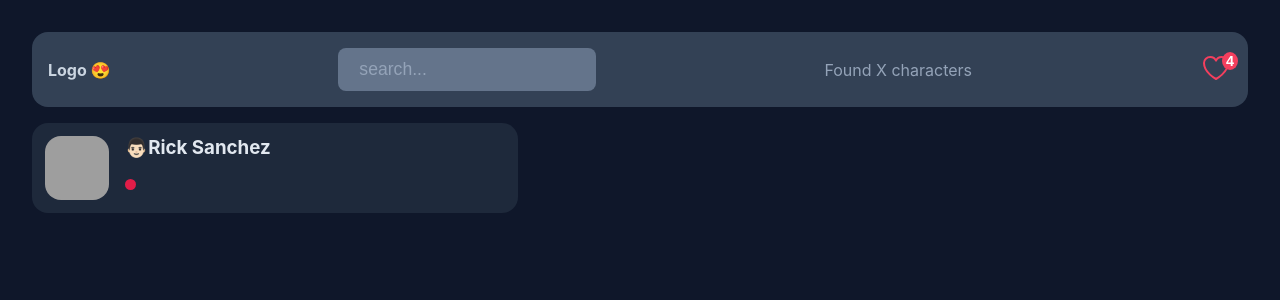
Repository: nikooshahbazi/shahbaziProjects
Page: / (app in splitUIProject/)
An editor plug-in stored every save of this project. The page is shown before and after the next save, followed by the edit.
The browser window is 1280 px wide. The pictures show the whole page.
Pictures or frames that could not be fetched are drawn as grey boxes. The project was rebuilt for these pictures with package versions that can differ from the ones it lists, and the page was loaded fresh each time. Also part of the build but not shown: splitUIProject/vite.config.js.

Above is the page before, as saved 2024-03-13 19:36:19.

### splitUIProject/index.html
<!doctype html>
<html lang="en">
  <head>
    <meta charset="UTF-8" />
    <!-- <link rel="icon" type="image/svg+xml" href="/vite.svg" /> -->
    <meta name="viewport" content="width=device-width, initial-scale=1.0" />
    <title>Rick and Morty</title>
  </head>
  <body>
    <div id="root"></div>
    <script type="module" src="/src/main.jsx"></script>
  </body>
</html>

### splitUIProject/src/App.jsx
import "./App.css";
import CharacterDetail from "./components/CharacterDetail";
import CharacterList from "./components/CharacterList";
import Navbar from "./components/Navbar";
import { character } from "./data/data";

function App() {
  return (
    <div className="app">
      <Navbar />
      <div className="main">
        <CharacterList characters={character} />
        <CharacterDetail />
      </div>
    </div>
  );
}

export default App;

### splitUIProject/src/index.css
:root {
  font-family: Inter, system-ui, Avenir, Helvetica, Arial, sans-serif;
  --slate-900: #0f172a;
  --slate-800: #1e293b;
  --slate-700: #334155;
  --slate-600: #475569;
  --slate-500: rgb(100, 116, 139);
  --slate-400: #94a3b8;
  --slate-300: #cbd5e1;
  --slate-200: #e2e8f0;
  --slate-100: #f1f5f9;
  --slate-50: #f8fafc;
  --rose-600: #e11d48;
  --rose-500: #f43f5e;
  --green-600: #22c55e;
}

body {
  width: 100vw;
  min-height: 100vh;
  background-color: var(--slate-900);
}
button {
  background-color: transparent;
  cursor: pointer;
}

* {
  padding: 0;
  margin: 0;
  box-sizing: border-box;
  list-style: none;
  border: none;
  outline: none;
}
.text-field {
  padding: 0.7rem 1rem;
  border-radius: 0.5rem;
  color: var(--slate-100);
  background-color: var(--slate-500);
  font-size: 1.1rem;
}

.text-field::placeholder {
  color: var(--slate-400);
}

.btn {
  padding: 0.8rem 1rem;
  border-radius: 1rem;
}

.btn--primary {
  background-color: var(--slate-500);
  color: var(--slate-100);
  font-weight: 700;
}

.btn--secondary {
  border: 1px solid var(--slate-100);
  color: var(--slate-100);
  font-weight: 700;
}

.badge {
  white-space: nowrap;
  padding: 0.3rem 1rem;
  border-radius: 1rem;
  font-size: 0.8rem;
  font-weight: 700;
}

.badge--secondary {
  background-color: var(--slate-600);
}

.modal {
  width: 98%;
  min-height: 250px;
  position: absolute;
  top: 50%;
  left: 50%;
  transform: translate(-50%, -50%);
  background-color: var(--slate-900);
  padding: 1rem;
  border-radius: 1rem;
  box-shadow: 1px 1px 50px var(--slate-600);
}

.modal__header {
  display: flex;
  align-items: center;
  justify-content: space-between;
  margin-bottom: 1rem;
  padding-bottom: 0.5rem;
  border-bottom: 1px solid var(--slate-600);
}

.icon {
  width: 1.6rem;
  height: 1.6rem;
}

.modal__header .close {
  color: var(--rose-500);
}

.modal__header .title {
  color: var(--slate-200);
}

@media (min-width: 768px) {
  .modal {
    max-width: 30rem;
  }
}

.backdrop {
  width: 100vw;
  height: 100vh;
  position: fixed;
  inset: 0;
  background-color: rgba(63, 69, 76, 0.8);
}

### splitUIProject/src/App.css
#root {
  margin: 0 auto;
  max-width: 1280px;
  position: relative;
  padding: 2rem;
}

.navbar {
  display: flex;
  align-items: center;
  justify-content: space-between;
  background-color: var(--slate-700);
  padding: 1rem;
  border-radius: 1rem;
  margin-bottom: 1rem;
}

.navbar__logo {
  color: var(--slate-300);
  font-weight: 700;
}

.navbar__result {
  color: var(--slate-400);
}

.navbar .heart {
  position: relative;
  color: var(--rose-500);
}
.navbar .heart .icon {
  width: 2rem;
  height: 2rem;
}
.navbar .heart .badge {
  font-size: 0.9rem;
  position: absolute;
  top: 0;
  right: -6px;
  display: inline-block;
  background-color: var(--rose-500);
  color: #fff;
  border-radius: 50%;
  display: flex;
  align-items: center;
  justify-content: center;
  padding: 1px 4px;
}

.main {
  display: flex;
  justify-content: space-between;
  width: 100%;
  gap: 2rem;
}

.characters-list {
  width: 40%;
}

.box h2 {
  color: var(--slate-400);
  font-size: 1.2rem;
  margin-bottom: 1rem;
}
.list__item:not(:last-child) {
  margin-bottom: 1.5rem;
}

.list__item {
  display: grid;
  column-gap: 1rem;
  grid-template-columns: 4rem 1fr 2rem;
  grid-template-rows: 1fr 1fr;
  background-color: var(--slate-800);
  border-radius: 1rem;
  padding: 0.8rem;
  cursor: pointer;
  transition: all 0.2s ease-out;
}
.list__item:hover {
  background-color: var(--slate-700);
}

.list__item img {
  grid-column: 1/3;
  grid-row: 1/3;
  width: 4rem;
  height: 4rem;
  border-radius: 1rem;
}
.list__item h3 {
  grid-column: 2/3;
  grid-row: 1/2;
}

.list__item .list-item__info {
  grid-column: 2/3;
  grid-row: 2/3;
  align-self: center;
}

.list__item .icon {
  grid-column: 3/4;
  grid-row: 1/3;
  align-self: center;
}

.icon.red {
  color: var(--rose-500);
}

.name,
.info {
  color: var(--slate-200);
}

.status {
  display: inline-block;
  width: 0.7rem;
  height: 0.7rem;
  border-radius: 50%;
  background-color: var(--green-600);
}

.status.red {
  background-color: var(--rose-600);
}

.character-detail {
  display: flex;
  flex-direction: column;
  background-color: var(--slate-800);
  overflow: hidden;
  border-radius: 0.5rem;
  margin-bottom: 2rem;
}

.character-detail__img {
  width: 100%;
  height: auto;
  max-height: 15rem;
  object-fit: cover;
  object-position: center;
}

.character-detail__info {
  padding: 1rem;
}
.character-detail__info .name {
  font-size: 1.3rem;
  margin-bottom: 0.2rem;
}
.character-detail__info .info {
  font-size: 0.9rem;
  margin-bottom: 1rem;
}

.character-detail__info .location {
  color: var(--slate-500);
  margin-bottom: 1rem;
}

.character-detail__info .location :last-child {
  margin-top: 0.2rem;
  color: var(--slate-300);
  font-weight: 700;
}

.character-detail__info .actions {
  display: flex;
  flex-direction: column;
  gap: 1rem;
}

.character-detail__info .actions p {
  color: var(--slate-400);
}

/* character episodes */

.character-episodes {
  /* border: 1px solid var(--slate-300); */
  background-color: var(--slate-800);
  border-radius: 1rem;
  padding: 1rem;
}

.character-episodes .title {
  display: flex;
  align-items: center;
  justify-content: space-between;
}

.character-episodes .title .icon {
  transition: all 0.3s ease-in-out;
  color: var(--slate-300);
  display: flex;
  align-items: center;
  justify-content: center;
}

.character-episodes h2 {
  color: var(--slate-400);
  margin-bottom: 0.6rem;
}

.character-episodes li {
  display: flex;
  align-items: center;
  justify-content: space-between;
  color: var(--slate-200);
  padding: 0.5rem 0;
  /* cursor: pointer; */
}

@media (min-width: 768px) {
  .character-detail {
    flex-direction: row;
  }
  .character-detail__img {
    width: 40%;
  }
  .character-detail__info .actions {
    flex-direction: row;
  }
}

### splitUIProject/src/components/CharacterDetail.jsx

function CharacterDetail() {
  return (
    <div>

    </div>
  )
}

export default CharacterDetail

### splitUIProject/src/components/CharacterList.jsx
function CharacterList({ characters }) {
  // console.log(Object.keys(characters));
  return (
    <div className="characters-list">
      {characters.map((item) => (
        <Character key={item.id} item={item} />
      ))}
    </div>
  );
}

export default CharacterList;

function Character({ item }) {
  return (
    <div className="list__item">
      <img src={item.image} alt={item.image} />
      <h3 className="name">
        <span>{item.gender === "Male" ? "👨🏻" : "👩🏻"}</span>
        <span>{item.name}</span>
      </h3>
      <div className="list-item__info">
        <span
          className={`status ${item.status === "Dead" ? "red" : ""}`}
        ></span>
        <span>  </span>
      </div>
    </div>
  );
}

### splitUIProject/src/components/Navbar.jsx
import { HeartIcon } from "@heroicons/react/24/outline";

function Navbar() {


  return (
    <nav className="navbar">
      <div className="navbar__logo">Logo 😍</div>
      <input
        className="text-field"
        type="text"
        placeholder=" search..."
      ></input>
      <div className="navbar__result">Found X characters</div>
      <button className="heart">
        <HeartIcon className="icon"/>
        <span className="badge">4</span>
      </button>
    </nav>
  );
}
export default Navbar;

### splitUIProject/src/data/data.js
export const character = [
  {
    id: 1,
    name: "Rick Sanchez",
    status: "Dead",
    species: "Human",
    type: "",
    gender: "Male",
    origin: {
      name: "Earth (C-137)",
      url: "https://rickandmortyapi.com/api/location/1",
    },
    location: {
      name: "Citadel of Ricks",
      url: "https://rickandmortyapi.com/api/location/3",
    },
    image: "https://rickandmortyapi.com/api/character/avatar/1.jpeg",
    created: "2017-11-04T18:48:46.250Z",
  },
];
export const allCharacters = [
  {
    id: 1,
    name: "Rick Sanchez",
    status: "Dead",
    species: "Human",
    type: "",
    gender: "Male",
    origin: {
      name: "Earth (C-137)",
      url: "https://rickandmortyapi.com/api/location/1",
    },
    location: {
      name: "Citadel of Ricks",
      url: "https://rickandmortyapi.com/api/location/3",
    },
    image: "https://rickandmortyapi.com/api/character/avatar/1.jpeg",
    created: "2017-11-04T18:48:46.250Z",
  },
  {
    id: 2,
    name: "Summer Smith",
    status: "Alive",
    species: "Human",
    type: "",
    gender: "Female",
    origin: {
      name: "Earth (Replacement Dimension)",
      url: "https://rickandmortyapi.com/api/location/20",
    },
    location: {
      name: "Earth (Replacement Dimension)",
      url: "https://rickandmortyapi.com/api/location/20",
    },
    image: "https://rickandmortyapi.com/api/character/avatar/3.jpeg",
    created: "2017-11-04T19:09:56.428Z",
  },
];

export const episodes = [
  {
    id: 1,
    name: "Pilot",
    air_date: "December 2, 2013",
    episode: "S01E01",
    characters: [],
    url: "https://rickandmortyapi.com/api/episode/1",
    created: "2017-11-10T12:56:33.798Z",
  },
  {
    id: 2,
    name: "Lawnmower Dog",
    air_date: "December 9, 2013",
    episode: "S01E02",
    url: "https://rickandmortyapi.com/api/episode/2",
    created: "2017-11-10T12:56:33.916Z",
  },
];

Loaded but not shown: splitUIProject/src/main.jsx (common file)

After the next save:
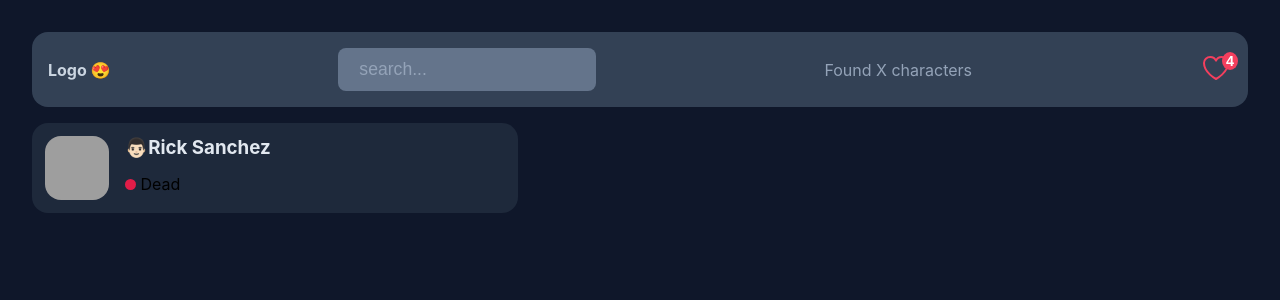
Saved 4 s later.
--- a/splitUIProject/src/components/CharacterList.jsx
+++ b/splitUIProject/src/components/CharacterList.jsx
@@ -23,7 +23,7 @@
         <span
           className={`status ${item.status === "Dead" ? "red" : ""}`}
         ></span>
-        <span>  </span>
+        <span> {item.status} </span>
       </div>
     </div>
   );
